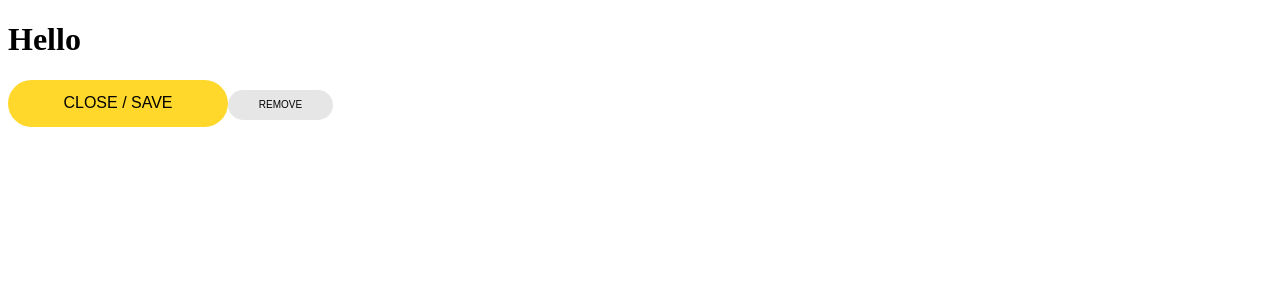
Repository: hanss007/fav-note
Page: /
These files come from the project's save history. The page is drawn as it stood at one moment and after the next save; the edit follows.
The browser window is 1280 px wide. The pictures show the whole page.
The project was rebuilt for these pictures with package versions that can differ from the ones it lists, and the page was loaded fresh each time.

Above is the page before, as saved 2020-11-17 08:55:50.

After the next save:
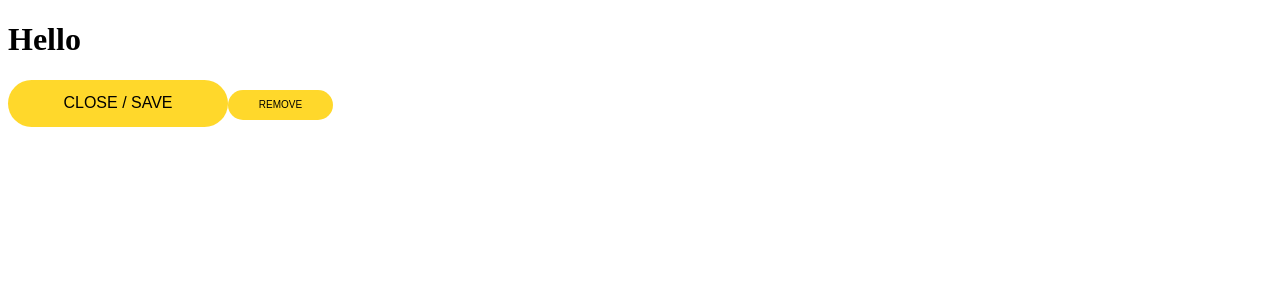
Saved 117 s later.
--- a/src/components/Button/Button.js
+++ b/src/components/Button/Button.js
@@ -2,16 +2,23 @@
 
 const Button = styled.button`
   padding: 0;
-  background-color: ${({ secondary }) => (secondary ? '#E6E6E6' : '#FFD82B')};
-  width: ${({ secondary }) => (secondary ? '105px' : '220px')};
-  height: ${({ secondary }) => (secondary ? '30px' : '47px')};
+  background-color: #ffd82b;
+  width: 220px;
+  height: 47px;
   border: none;
   border-radius: 50px;
   font-family: 'Montserrat', sans-serif;
   font-weight: 500;
-  font-size: ${({ secondary }) => (secondary ? '10px' : '16px')};
+  font-size: 16px;
   text-transform: uppercase;
-  ${({ secondary }) => secondary && css``}
+  ${({ secondary }) =>
+    secondary &&
+    css`
+      background-color: #ffd82b;
+      width: 105px;
+      height: 30px;
+      font-size: 10px;
+    `}
 `;
 
 export default Button;

After the save that followed:
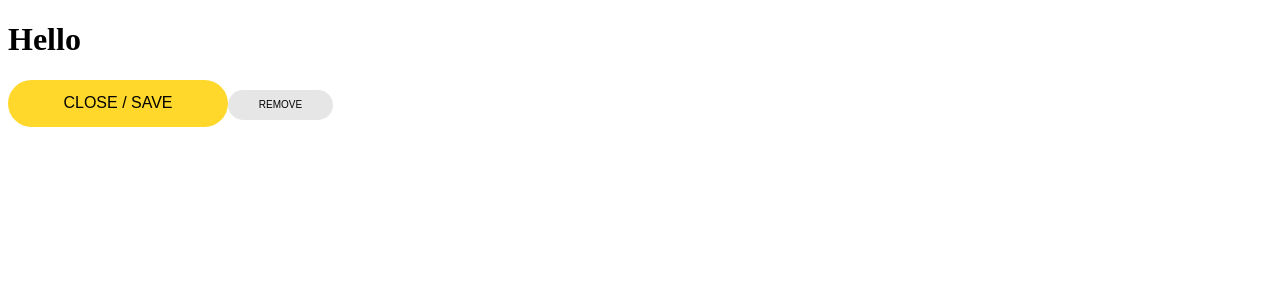
Saved 2 min 23 s later.
--- a/src/components/Button/Button.js
+++ b/src/components/Button/Button.js
@@ -14,7 +14,7 @@
   ${({ secondary }) =>
     secondary &&
     css`
-      background-color: #ffd82b;
+      background-color: #e6e6e6;
       width: 105px;
       height: 30px;
       font-size: 10px;
